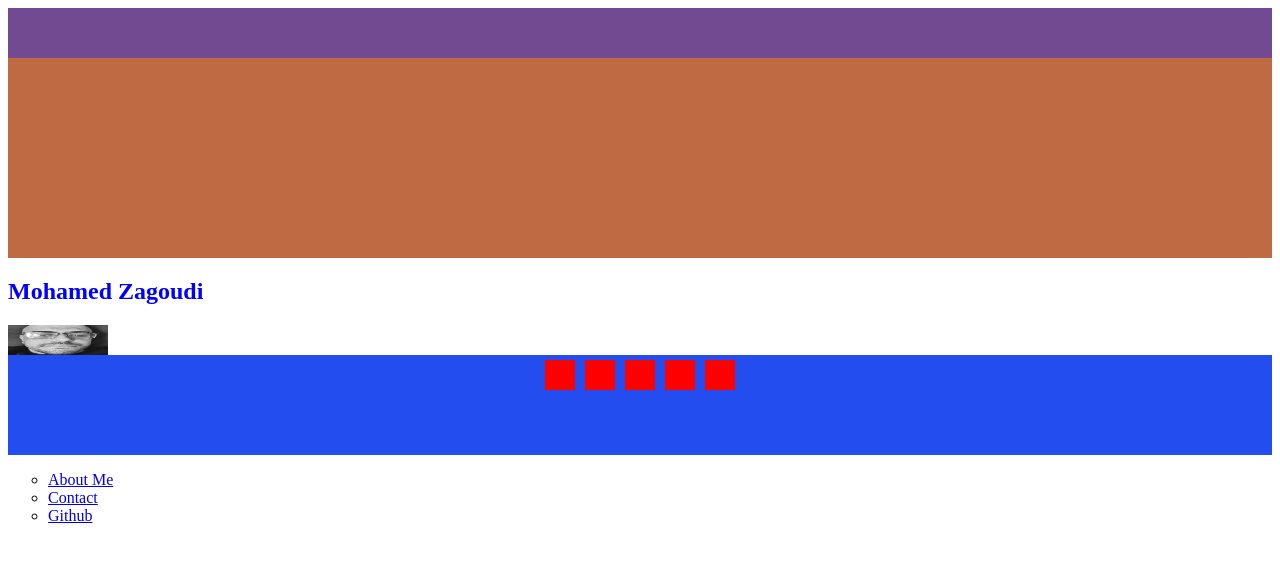
Repository: Mohzagou/Eersteportofolio
Page: index.html
An editor plug-in stored every save of this project. The page is shown before and after the next save, followed by the edit.
The browser window is 1280 px wide. The pictures show the whole page.

Above is the page before, as saved 2022-06-07 20:05:39.

After the next save:
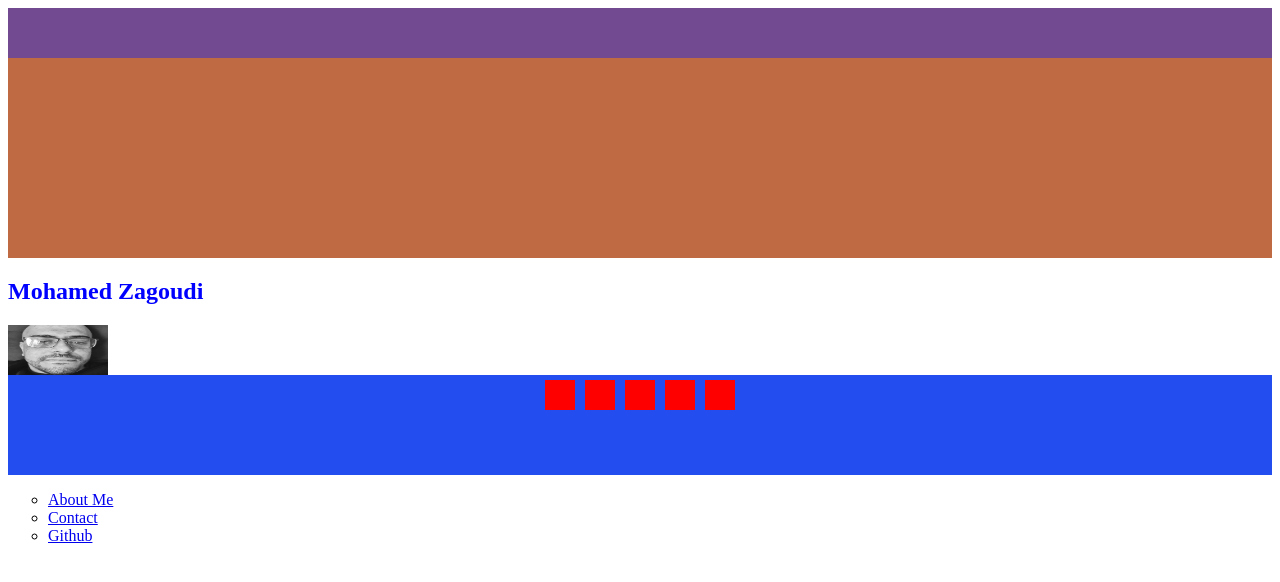
Saved 8 s later.
--- a/styles.css
+++ b/styles.css
@@ -28,7 +28,7 @@ section {
 
 .avatar {
     width: 100px;
-    height: 30px;
+    height: 50px;
 }
 
 #name {
